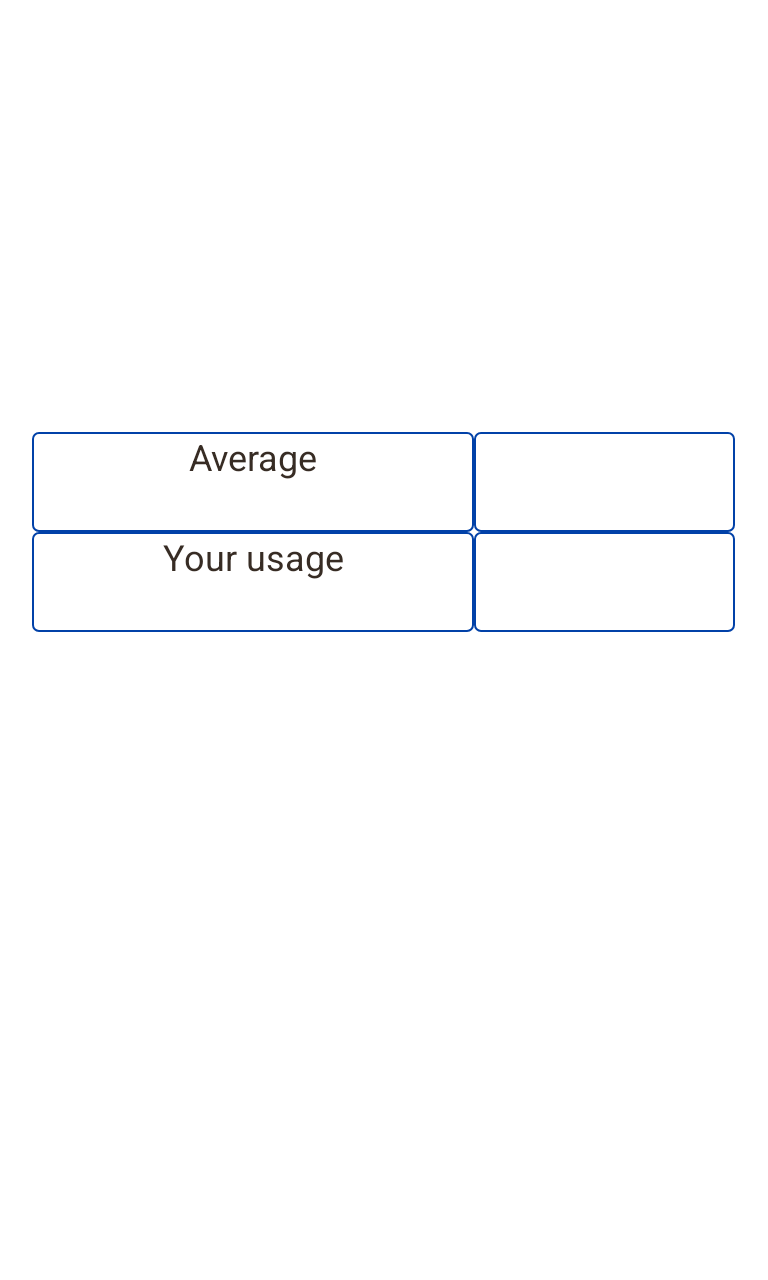
Repository: prabushitha/hydrosaver
Layout: hydrosaver/res/layout/activity_community.xml
The author's editor kept a copy of each file at every save. The layout is drawn from the files as they stood at one save, then again after the next save.
It is drawn on a 768 x 1280 px phone screen (xhdpi) without system bars, with theme AppTheme; the app's code is not run.

Above is the layout before, as saved 2016-10-08 19:25:38.

### hydrosaver/res/layout/activity_community.xml
<RelativeLayout xmlns:android="http://schemas.android.com/apk/res/android"
    xmlns:tools="http://schemas.android.com/tools"
    android:layout_width="match_parent"
    android:layout_height="match_parent"
    android:paddingBottom="@dimen/activity_vertical_margin"
    android:paddingLeft="@dimen/activity_horizontal_margin"
    android:paddingRight="@dimen/activity_horizontal_margin"
    android:paddingTop="@dimen/activity_vertical_margin"
    tools:context="com.whileloop.hydrosaver.CommunityActivity" >

    <TableLayout
	    android:layout_width="fill_parent"
	    android:layout_height="fill_parent"
	    android:stretchColumns="*">
	   <TableRow>

	        <TextView android:layout_width="fill_parent"
	                 android:layout_height="200dp"
	                android:textColor="#372c24"

	                />

	    </TableRow>
	    <TableRow>

	      <TextView android:layout_width="fill_parent"
	                 android:layout_height="wrap_content"
	                android:textColor="#372c24"
	                android:minHeight="50dp"
	          		android:textSize="18sp"
	          		android:gravity="center_horizontal"
	             android:text="Average"
	             android:background="@drawable/community_but"
	               />
	        <TextView android:layout_width="fill_parent"
	                 android:layout_height="wrap_content"
	                android:textColor="#372c24"
	                android:minHeight="50dp"
	          		android:textSize="18sp"

	             android:background="@drawable/community_but"
	               />
	        </TableRow>
	        <TableRow>

	      <TextView android:layout_width="fill_parent"
	                 android:layout_height="wrap_content"
	                android:textColor="#372c24"
	                android:minHeight="50dp"
	          		android:textSize="18sp"
	          		android:gravity="center_horizontal"
	             android:text="Your usage"
	             android:background="@drawable/community_but"
	               />
	        <TextView android:layout_width="fill_parent"
	                 android:layout_height="wrap_content"
	                android:textColor="#372c24"
	                android:minHeight="50dp"
	          		android:textSize="18sp"

	             android:background="@drawable/community_but"
	               />
	        </TableRow>

	</TableLayout>

</RelativeLayout>

### hydrosaver/res/drawable-mdpi/community_but.xml
<?xml version="1.0" encoding="utf-8"?>
<shape xmlns:android="http://schemas.android.com/apk/res/android"
  android:shape="rectangle"
  >

  <corners android:radius="3dp" />
  <stroke android:width="2px" android:color="#0141a8" />

</shape>

Loaded but not shown: hydrosaver/res/values/styles.xml (common file); hydrosaver/res/values-v11/styles.xml (common file); hydrosaver/res/values-v14/styles.xml (common file); hydrosaver/res/values/dimens.xml (common file); hydrosaver/res/values-w820dp/dimens.xml (common file)

After the next save:
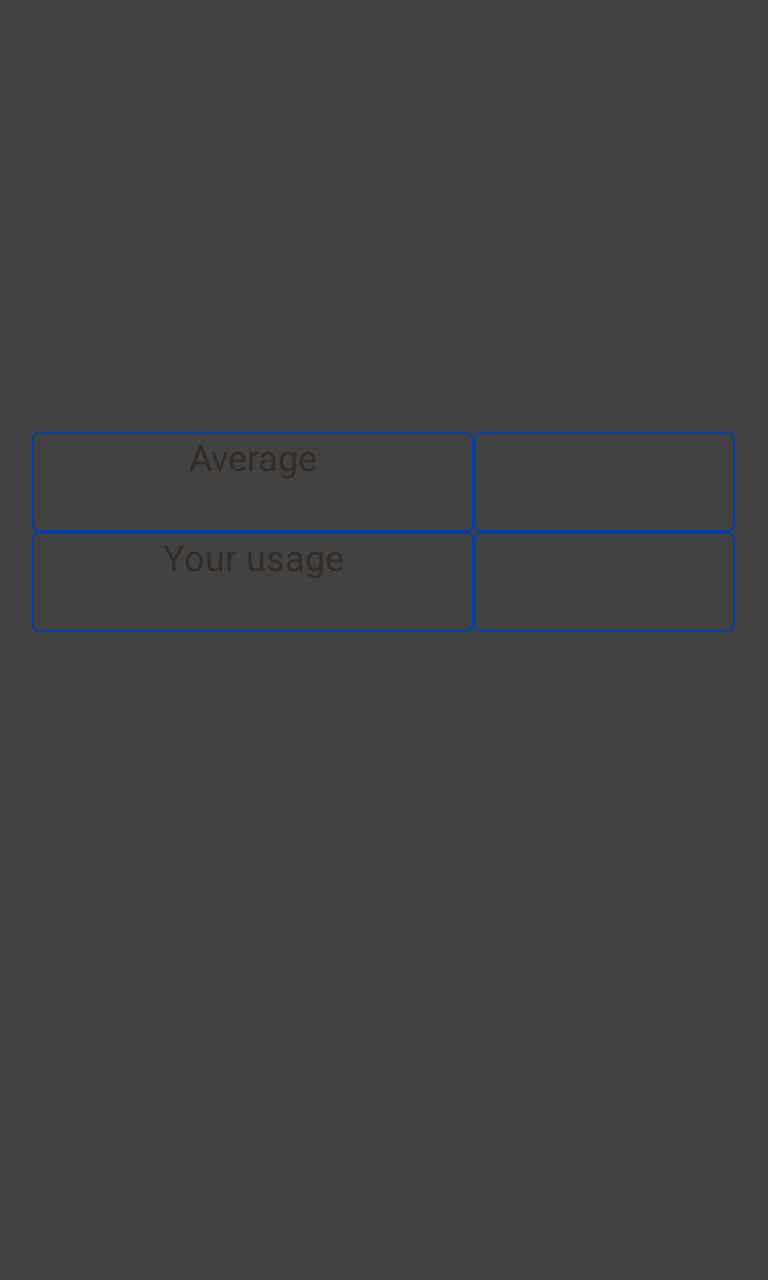
Saved 24 s later.
--- a/hydrosaver/res/layout/activity_community.xml
+++ b/hydrosaver/res/layout/activity_community.xml
@@ -6,7 +6,9 @@
     android:paddingLeft="@dimen/activity_horizontal_margin"
     android:paddingRight="@dimen/activity_horizontal_margin"
     android:paddingTop="@dimen/activity_vertical_margin"
-    tools:context="com.whileloop.hydrosaver.CommunityActivity" >
+    tools:context="com.whileloop.hydrosaver.CommunityActivity"
+    android:background="#424242"
+    >
 
     <TableLayout
 	    android:layout_width="fill_parent"
